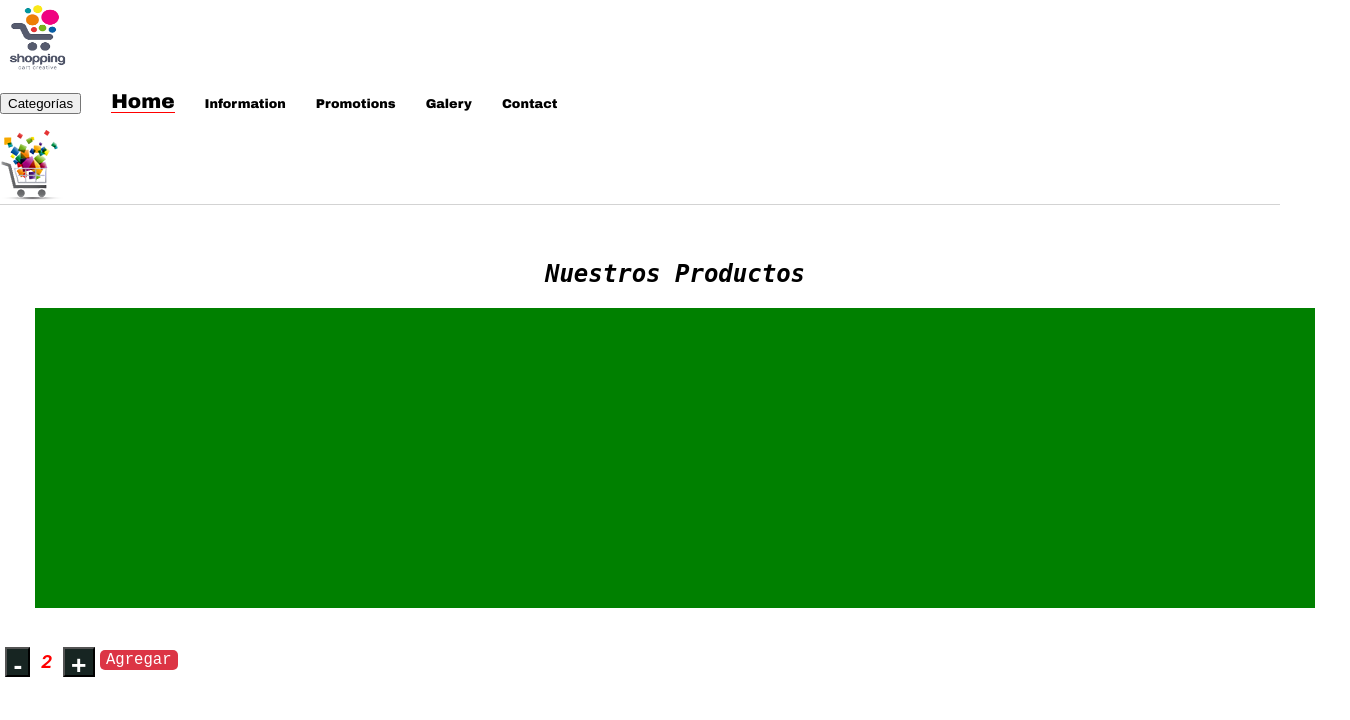
Repository: gustavomanuelquintana/CoderRepository
Page: / (app in cards-commers/)
These files come from the project's save history. The page is drawn as it stood at one moment and after a run of saves; the edit follows.
The browser window is 1280 px wide. The page is 1350 px wide, so the pictures cover 1350 px, including what lies to the right of the window. The pictures show the whole page.
The project was rebuilt for these pictures with package versions that can differ from the ones it lists, and the page was loaded fresh each time.

Above is the page before, as saved 2020-10-31 13:57:33.

### cards-commers/src/App.js
import React from "react";
import NavBar from "./Components/NavBar/NavBar";
import ItemListContainer from "./Components/ItemListContainer/ItemListContainer";
import ItemCount from "./Components/ItemCount/ItemCount";

function App() {
  let stock= 14;
  const handleAdd = (counter) => {
    return ({stock}) => {
      if (stock <=0){
        alert('No hay stock')
      }else {
        alert(`Se van agregar ${counter} articulos`)
      }
    }
  }

  return (
    <div className="App">
        <NavBar />
        <ItemListContainer titulo='Nuestros Productos'/>
        <ItemCount onAdd={handleAdd}  stock={stock} initial={2} />
    </div>
  );
}

export default App;

### cards-commers/src/Components/NavBar/NavBar.js
import React from "react";
import ImageNavBar from "../../Images/cards-logo.png";
import CartWidget from "../CartWidget/CartWidget";
import Dropdown from "react-bootstrap/Dropdown";
import "./NavBar.css";

const styleFont = {
  fontSize: 20,
  borderBottom: "1px solid red",
};

function NavBar() {
  return (
    <div className=" col-12">
      <div className="header-navBar col-12">
        <div className="row col-12">
          <div className="Logo-navBar col-1">
            <a href="index.html">
            <img src={ImageNavBar} alt="logo" width="75" height="70" />
            </a>
          </div>
          <div className="Links-navBar col-10 mt-3">
            <ul className="List-navBar">
              <li>
                <Dropdown>
                  <Dropdown.Toggle  variant="danger" id="dropdown-basic">
                    Categorías
                  </Dropdown.Toggle>

                  <Dropdown.Menu>
                    <Dropdown.Item   href="#/action-1">
                      Deportes / Fitness
                    </Dropdown.Item>
                    <Dropdown.Item href="#/action-2">
                      Hogar / Electrodomésticos
                    </Dropdown.Item>
                    <Dropdown.Item href="#/action-3">Vehículos</Dropdown.Item>
                  </Dropdown.Menu>
                </Dropdown>
              </li>
              <li>
                <a style={styleFont} href="#">
                  Home
                </a>
              </li>
              <li>
                <a href="#">Information</a>
              </li>
              <li>
                <a href="#">Promotions </a>
              </li>
              <li>
                <a href="#">Galery</a>
              </li>
              <li>
                <a href="#">Contact</a>
              </li>
            </ul>
          </div>
          <div className="carrito-navBar col-1">
            <CartWidget />
          </div>
        </div>
      </div>
    </div>
  );
}

export default NavBar;

### cards-commers/src/Components/ItemListContainer/ItemListContainer.js
import React, {useState, useEffect} from 'react';
import './ItemListContainer.css';
import ItemList from './ItemList/ItemList';

const getList = () => {
    return new Promise( (res) => {
        let products;
        res(
            products = ["nike", "Airmax", "Running fast"]
        )
    });
}


function ItemListContainer({titulo}){
    const [itemList, setItemList] = useState([]);

    // Use effect
    useEffect( () => {
        getList().then( mercaderia => {
           setItemList(mercaderia);
        });
    },[]); // End useEffect

    return (
        <div className="container">
            <h2>{titulo}</h2>
        <ItemList items={itemList} />
        </div>
    );
}



export default ItemListContainer;

### cards-commers/src/Components/ItemCount/ItemCount.js
import React, {useState} from 'react';
import ButtonsCount from './ButtonsCount/ButtonsCount';
import ViewCount from './ViewCount/ViewCount';
import AgregarCount from './AgregarCount/AgregarCount';


    const styleContain={
        backgroundColor:"white",
        display:"flex",
    }
    const styleBox = {
        color:"red",
        fontWeight:"bold",
        fontSize:"1.1em",
        lineHeight:"18px",
        display:"flex",
        justifyContent:"center",
        width:"100px",
        height:"30px",
    }
    const boxAdd ={
        fontWeight: "bold",
        fontSize: "1em",
        color: "red",
    }
    export default function ItemCount({onAdd,stock,initial}) {
        let [counter, counterState] = useState(initial);

    const onClickButton = (amount) => {
        return () => {
            let total = (amount < 0) ? 0 : amount;
            let limiter = (total > stock) ? stock: total;
            counterState(limiter);

        }
    }

    let props = {counter, counterState}

    return (
        <div className="section-car" style={styleContain}>
        <div className="box-count" style={styleBox}>
            <ButtonsCount suma={false} onClick={onClickButton} {...props} />
             <ViewCount value={counter}/>
             <ButtonsCount suma={true} onClick={onClickButton}  {...props}/>
        </div>

        <div  className="box-add" style={boxAdd}> <AgregarCount onAdd= {onAdd} {...{counter}}/> </div>
        </div>
        );
}

### cards-commers/src/Components/CartWidget/CartWidget.js
import React from 'react';
import ImageCarrito from "../../Images/carrito-img.png";

function CartWidget(){
    return (
        <a href="#">
         <img src={ImageCarrito}/>
        </a>
    )
}

export default CartWidget;

### cards-commers/src/Components/NavBar/NavBar.css
img {
  max-width: 100%;
}
.header-navBar {
  background-color: white;
  display: flex;
  width: 100%;
  border-bottom: 1px solid lightgrey;
}

.Logo-navBar img {
  max-height: 8em;
  max-width: 8em;
}
.Links-navBar ul li {
  display: inline-block;
  margin-right: 35px;
  margin: 0 70px 0 -40px;
}
.Links-navBar ul li a {
  color: black;
  font-family: Arial Black;
  font-size: 0.8em;
  font-weight: bold;
  text-decoration: none;
}

### cards-commers/src/Components/ItemListContainer/ItemListContainer.css
.container{
    width:100%;
    max-height:100vh;
    margin: 0.25 auto;
    padding: 35px;
}
.container h2{
    text-align:center;
    font-family: "monospace";
    font-weight:bold;
    font-style: italic;
}

### cards-commers/src/Components/ItemListContainer/ItemList/ItemList.js
import React, {useState, useEffect} from 'react';
import './ItemList.css';





function ItemList({items}){
return <div className="itemList">

     </div>
}


export default ItemList;

### cards-commers/src/Components/ItemCount/ButtonsCount/ButtonsCount.js
import React from "react";
const styleButton = {
    fontWeight: "bold",
    fontSize:"1.5em",
    background: "#172522",
    color: "white",
    margin:"0 auto",
    height:"100%",
}

export default function ButtonsCount({suma,onClick,counter,counterState}) {

    let signo = suma ? '+' : '-';

    let amount = suma ? (counter + 1) : (counter - 1);

  return ( <button onClick={onClick(amount)} style={styleButton}>{signo}</button> )
}

### cards-commers/src/Components/ItemCount/ViewCount/ViewCount.js
import React from 'react';

const countnumber = {
    margin:"0.35em auto",
    fontStyle:"italic",

}

export default function ViewCount({value}){

    return(
        <div style={countnumber} className="countNumber">{value}</div>
    )
}

### cards-commers/src/Components/ItemCount/AgregarCount/AgregarCount.js
import React from 'react';

const agregarcount = {
    borderRadius:"5px",
    border:"none",
    margin:"0.2em auto",
    background:"#dc3545",
    color:"white",
    fontFamily:"monospace",
    fontSize:"1.2em",
}
export default function AgregarCount({onAdd, counter}){

    const agregarCount = () =>{};

    return(
        <div>
            <button style={agregarcount} onClick={onAdd(counter)}>Agregar</button>
        </div>
    )
}

### cards-commers/src/Components/ItemListContainer/ItemList/ItemList.css
.itemList{
    width:100%;
    height:300px;
    background-color:green;
    margin:0.25em auto;
}

Loaded but not shown: cards-commers/public/index.html (common file); cards-commers/src/index.js (common file); cards-commers/src/index.css (common file); cards-commers/src/serviceWorker.js (common file)

After the next 2 saves:
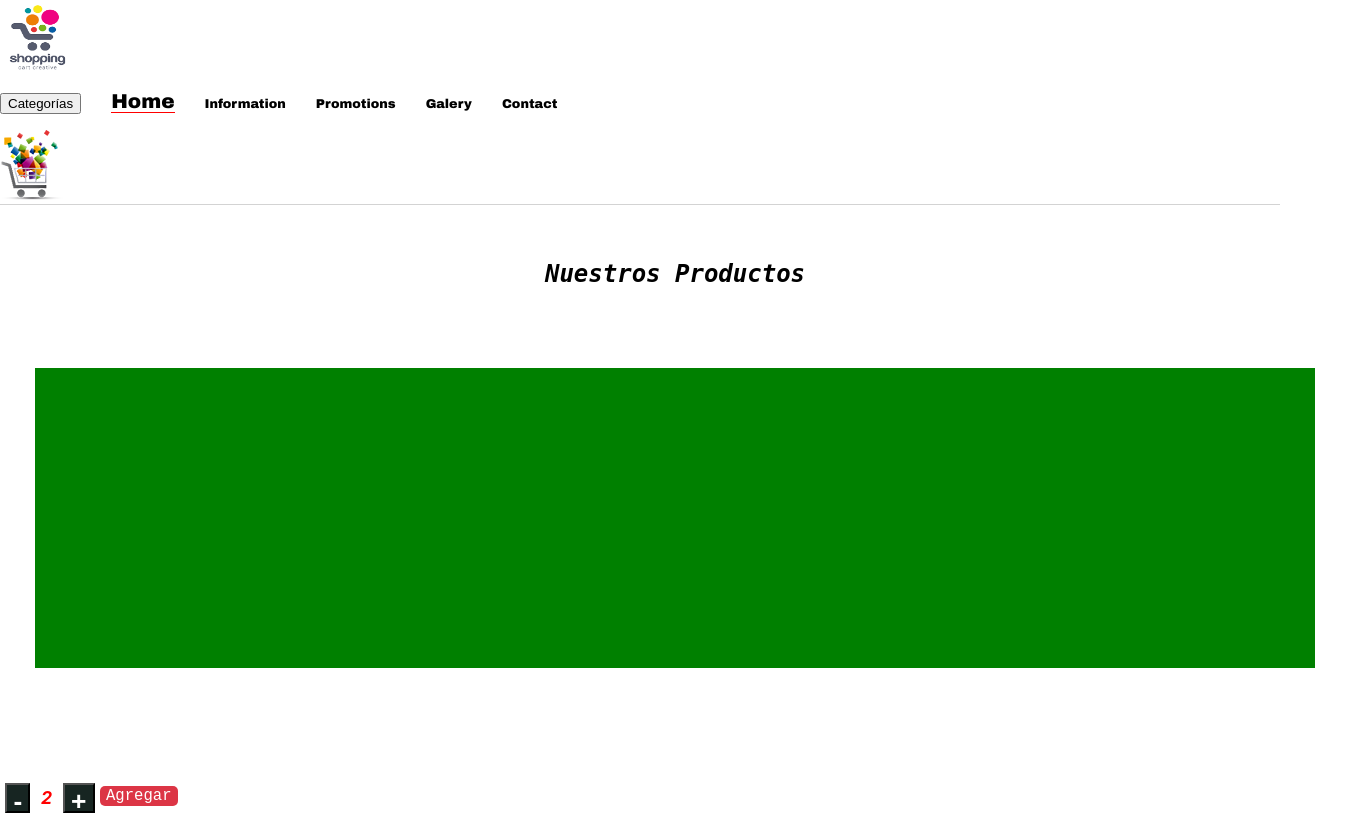
The 2 saves are shown as one change because they came seconds apart.
The last was saved 17 s later.
--- a/cards-commers/src/Components/ItemListContainer/ItemList/ItemList.css
+++ b/cards-commers/src/Components/ItemListContainer/ItemList/ItemList.css
@@ -2,5 +2,5 @@
     width:100%;
     height:300px;
     background-color:green;
-    margin:0.25em auto;
+    margin:5em auto;
 }

After the save that followed:
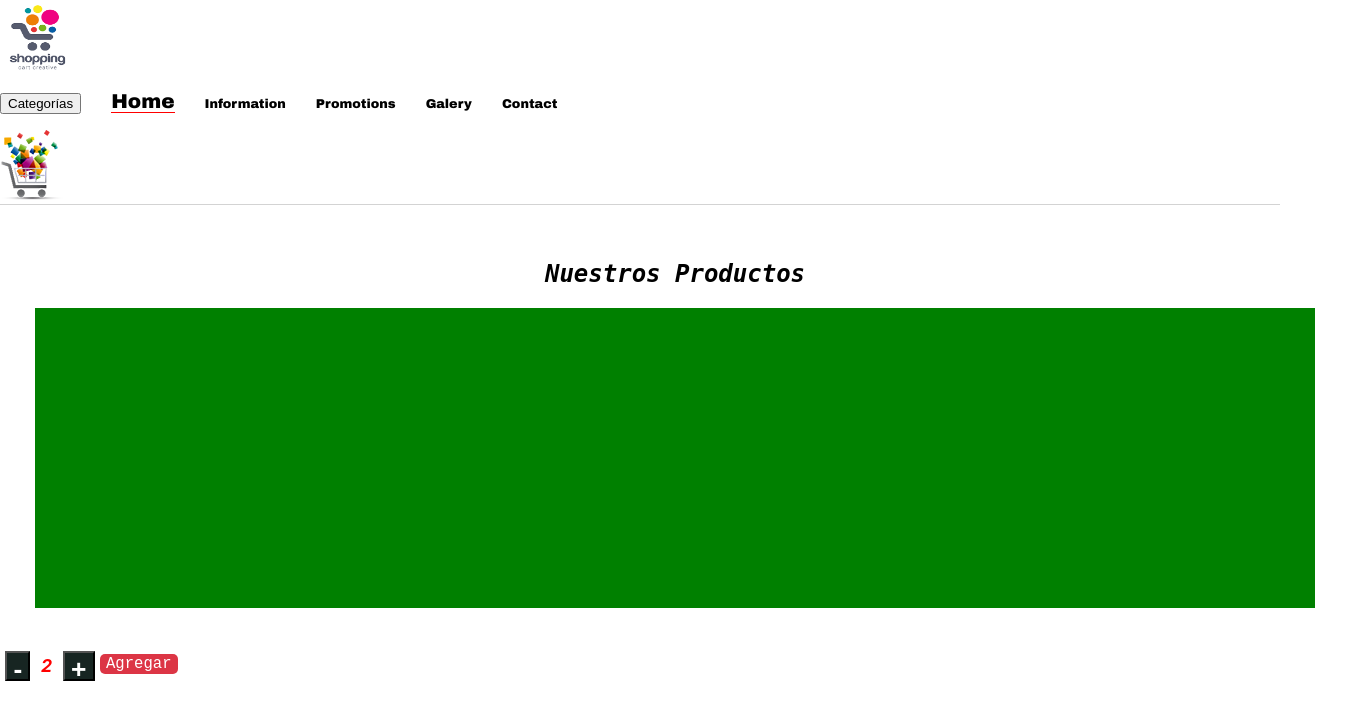
Saved 6 s later.
--- a/cards-commers/src/Components/ItemListContainer/ItemList/ItemList.css
+++ b/cards-commers/src/Components/ItemListContainer/ItemList/ItemList.css
@@ -2,5 +2,5 @@
     width:100%;
     height:300px;
     background-color:green;
-    margin:5em auto;
+    margin:0.50em auto;
 }
